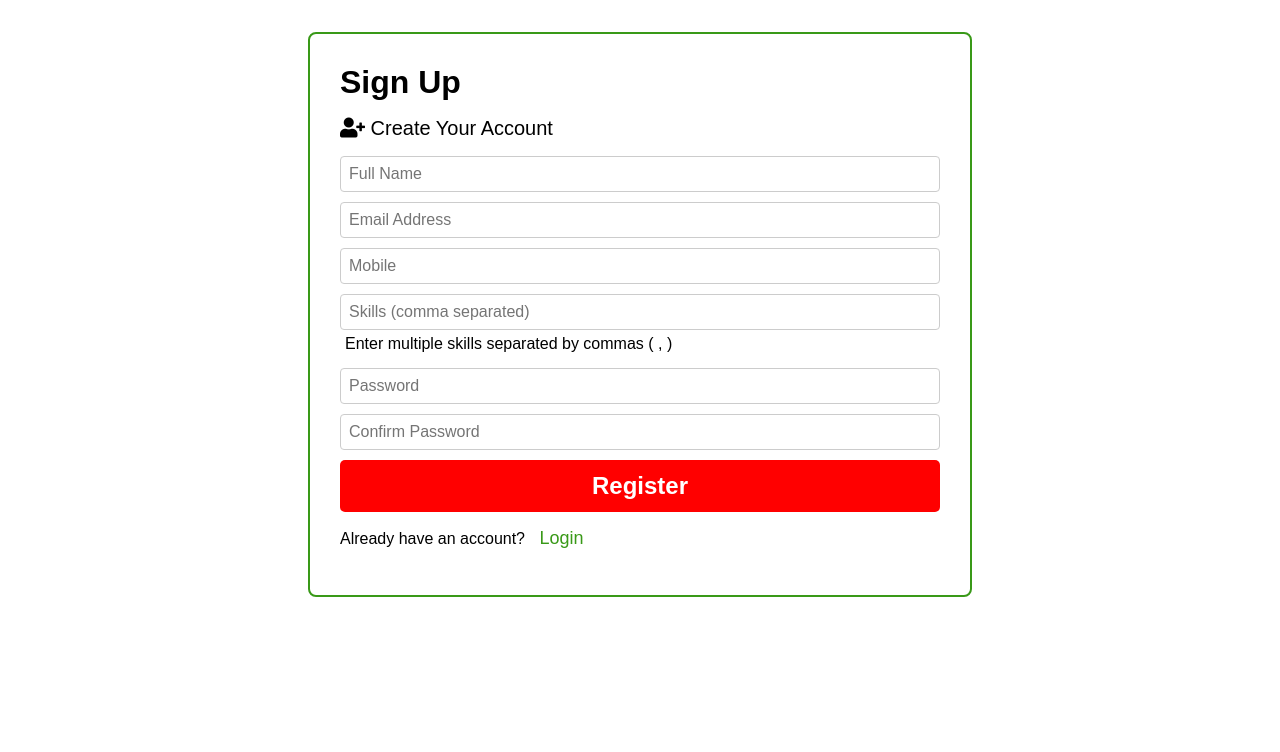
Repository: sayyad-mukthumsa-123/DevMania
Page: /register (app in frontend/)
These files come from the project's save history. The page is drawn as it stood at one moment and after the next save; the edit follows.
The browser window is 1280 px wide. The pictures show the whole page.
The pointer rests on the first visible `.btn`.
The project was rebuilt for these pictures with package versions that can differ from the ones it lists, and the page was loaded fresh each time. Also part of the build but not shown: frontend/src/pages/Home.js, frontend/src/pages/login.js, frontend/src/pages/Allprofiles.js, frontend/src/pages/MyProfile.js, frontend/src/pages/Indprofile.js.

Above is the page before, as saved 2025-03-01 00:04:19.

### frontend/public/index.html
<!-- public/index.html -->
<!DOCTYPE html>
<html lang="en">
<head>
  <meta charset="UTF-8">
  <meta name="viewport" content="width=device-width, initial-scale=1.0">
  <title>Developers Hub</title>
  <link rel="stylesheet" href="https://cdnjs.cloudflare.com/ajax/libs/font-awesome/5.15.3/css/all.min.css">
</head>
<body>
  <div id="root"></div>
</body>
</html>

### frontend/src/App.js
import React from 'react'
import {BrowserRouter,Route,Routes} from 'react-router-dom'
import Home from './pages/Home'
import Login from './pages/login'
import Register from './pages/register'
import Allprofiles from './pages/Allprofiles'
import MyProfile from './pages/MyProfile'
import Indprofile from './pages/Indprofile'

const App = () => {
  return (
    <div>

      <BrowserRouter>
      <Routes>
        <Route path='/' exact Component={Home}/>
        <Route path='/login' exact Component={Login}/>
        <Route path='/register' exact Component={Register}/>
        <Route path='/allprofiles' exact Component={Allprofiles}/>
        <Route path='/myprofile' exact Component={MyProfile}/>
        <Route path='/indprofile/:fullname/:email/:skill/:id' exact Component={Indprofile}/>
      </Routes>
      </BrowserRouter>
    </div>
  )
}

export default App

### frontend/src/pages/register.js
import React, { useState } from 'react';
import { Link, useNavigate } from 'react-router-dom';
import axios from 'axios';
import '../styles/styles.css';

const Register = () => {
    const [formData, setFormData] = useState({
        fullname: '',
        email: '',
        mobile: '',
        skill: '',
        password: '',
        confirmPassword: ''
    });

    const navigate = useNavigate();

    const handleChange = e => {
        setFormData({ ...formData, [e.target.name]: e.target.value });
    };

    const handleSubmit = async e => {
        e.preventDefault();

        if (formData.password !== formData.confirmPassword) {
            alert("Passwords do not match");
            return;
        }

        try {
            const response = await axios.post('http://localhost:5000/register', formData, {
                headers: {
                    'Content-Type': 'application/json',
                }
            });

            if (response.status === 200) {
                console.log('Success:', response.data);
                alert('Registration successful! Please log in.');
                navigate('/login');
            } else {
                console.error('Error:', response.statusText);
            }
        } catch (error) {
            console.error('Error:', error);
        }
    };

    return (
        <div>
            <section className="container">
                <h1 className='large'>Sign Up</h1>
                <p className='lead'><i className="fas fa-user-plus"></i> Create Your Account</p>
                <form className='form' onSubmit={handleSubmit} autoComplete='off'>
                    <div className='form-group'>
                        <input
                            type='text'
                            placeholder='Full Name'
                            name="fullname"
                            value={formData.fullname}
                            onChange={handleChange}
                            required
                        />
                    </div>
                    <div className='form-group'>
                        <input
                            type='email'
                            placeholder='Email Address'
                            name="email"
                            value={formData.email}
                            onChange={handleChange}
                            required
                        />
                    </div>
                    <div className='form-group'>
                        <input
                            type='text'
                            placeholder='Mobile'
                            name="mobile"
                            value={formData.mobile}
                            onChange={handleChange}
                            required
                        />
                    </div>
                    <div className='form-group'>
                        <input
                            type='text'
                            placeholder='Skills (comma separated)'
                            name="skill"
                            value={formData.skill}
                            onChange={handleChange}
                            required
                        />
                        <p className='form-text'>Enter multiple skills separated by commas ( , )</p>
                    </div>
                    <div className='form-group'>
                        <input
                            type='password'
                            placeholder='Password'
                            name="password"
                            value={formData.password}
                            onChange={handleChange}
                            minLength='6'
                            required
                        />
                    </div>
                    <div className='form-group'>
                        <input
                            type='password'
                            placeholder='Confirm Password'
                            name="confirmPassword"
                            value={formData.confirmPassword}
                            onChange={handleChange}
                            minLength='6'
                            required
                        />
                    </div>
                    <input type='submit' className='btn' value="Register" />
                </form>
                <p className="text">
                    Already have an account? <Link to="/login" className='link-auth'>Login</Link>
                </p>
            </section>
        </div>
    );
}

export default Register;

### frontend/src/styles/styles.css
/* General reset */
body, html {
  margin: 0;
  padding: 0;
  font-family: Arial, sans-serif;
  width: 100%;
  min-height: 100vh;

}

/* Navbar styles */
.navbar {
  display: flex;
  justify-content: space-between;
  align-items: center;
  padding: 4px;
  font-size: x-large;
  background-color: #22580f
}

.navbar h1 a {
  color: #ffffff;
  text-decoration: none;
}

.navbar ul {
  list-style: none;
  display: flex;
  margin: 0;
  padding: 10px;
  font-size: larger;
}
.navbar ul li
{
  padding: 10px;
  transition: all 0.3s ease;
}
.navbar ul li:hover
{
  transform: scale(1.2);
}
.navbar ul li {
  margin-left: 1rem;
}

.navbar ul li a {
  color: #ffffff;
  text-decoration: none;
}

/* Landing page styles */
/* .landing {
  height: 100%;
  display: flex;
  align-items: center;
  justify-content: center;
  color: black;
  position: relative;
}

.dark-overlay {
  position: absolute;
  top: 0;
  left: 0;
  right: 0;
  bottom: 0;
}

.landing-inner {
  text-align: center;
  z-index: 2;
  position: relative;
}

.x-large {
  font-size: 4rem;
}

.lead {
  font-size: 1.5rem;
  margin-bottom: 2rem;
  color: black;
}

.buttons .btn ,.btn{
  margin: 3rem 2rem;
  padding: 0.75rem 1.25rem;
  border: none;
  border-radius: 5px;
  cursor: pointer;
  text-decoration: none;
  font-size: x-large;
  background-color:#399918 ;
  color: #ffffff;
}


.btn-auth {
  transition: all 0.3s ease;
}
.btn-auth:hover
{
  transform: scale(1.1);
} */

.landing {
  height: 100vh;
  display: flex;
  align-items: center;
  justify-content: center;
  color: white;
  position: relative;
  background: url('../images/home.png') no-repeat center center/cover;
  text-align: center;
  flex-direction: column;
}

.dark-overlay {
  position: absolute;
  top: 0;
  left: 0;
  right: 0;
  bottom: 0;
  background: rgba(0, 0, 0, 0.6); /* Adds a dark overlay for better text visibility */
  display: flex;
  flex-direction: column;
  justify-content: center;
  align-items: center;
}

.landing-inner {
  text-align: center;
  z-index: 2;
  position: relative;
  padding: 2rem;
  max-width: 800px;
}

.x-large {
  font-size: 4rem;
  font-weight: bold;
}

.lead {
  font-size: 1.5rem;
  margin-bottom: 2rem;
}

.buttons {
  display: flex;
  justify-content: center;
  gap: 1.5rem;
}

.btn, .btn-auth {
  width: auto;
  padding: 0.75rem 1.5rem;
  border: none;
  border-radius: 8px;
  cursor: pointer;
  text-decoration: none;
  font-size: 1.25rem;
  font-weight: bold;
  background-color: #399918;
  color: #ffffff;
  transition: all 0.3s ease;
}

.btn:hover,.btn-auth:hover {
  background-color:red;
  transition: all;
}

/* Ensure Navbar stays at the top */
.navbar {
  position: absolute;
  top: 0;
  left: 0;
  width: 100%;
  z-index: 3;
}


/* Container styles */
.container {
  width: 600px;
  margin: 2rem auto;
  padding: 30px;
  border: 2px solid #399918;
  color: black;
  border-radius: 8px;
  position: relative; /* To ensure proper z-index handling */
  z-index: 1; /* Ensures the container is above any background effects */
}

/* Form styles */
.form {


  display: flex;
  flex-direction: column;
}

.form-group {
  margin-bottom: 1.5rem;
}

.form-text
{
  margin:5px !important;
}
/* .form-group input {
  width: 10%;
  padding: 0.75rem;
  font-size: 1rem;
  border: 1px solid black;
  border-radius: 5px;
  transition: border-color 0.3s ease-in-out, box-shadow 0.3s ease-in-out;
} */

.form-group input:focus {
  border-color: #f6f7f9;
  box-shadow: 0 0 8px rgba(0, 123, 255, 0.3);
  outline: none;
}

.btn {
  display: inline-block;
  padding: 0.75rem 1.5rem;
  border: none;
  border-radius: 5px;
  cursor: pointer;
  text-decoration: none;
  font-size: 1.5rem;
  text-align: center;
}

/* .btn-primary {
  background-color: #007bff;
  color: #ffffff;
}

.btn-primary:hover {
  background-color: #0056b3;
  opacity: 0.9;
} */

/* .text-primary {
  color: #f6f8fb;
} */

.large {
  margin: 0 !important;
  font-size: 2rem;
  margin-bottom: 1rem;
}

.lead {
  font-size: 1.25rem;
  margin-bottom: 1rem;
}

.error {
  color: red;
  margin-top: 1rem;
}

p {
  margin-top: 1rem;
}
.link-auth{
  color:#399918;
  text-decoration: none;
  cursor: pointer;
  padding-left:10px ;
  transition: all 0.3s ease;
  display: inline-block;
  font-size: large;
}
.link-auth:hover
{
  transform: scale(1.3);
}
/* Profiles styles */
.profiles {
  display: flex;
  flex-direction: column;
  gap: 1rem;
}

.profile {
  background-color: #f4f4f4;
  padding: 1rem;
  display: flex;
  align-items: center;
  border: 1px solid #ccc;
  box-shadow: 0 4px 8px rgba(0, 0, 0, 0.1);
  border-radius: 5px;
  margin-bottom: 1rem;
}

.profile .round-img {
  width: 100px;
  border-radius: 50%;
  margin-right: 1rem;
}

.profile-info {
  flex: 1;
}

.profile-info h2 {
  margin: 0 0 0.5rem 0;
}

.profile-info p {
  margin: 0.5rem 0;
}

.profile-info .btn {
  display: inline-block;
  background-color:#399918;
  color: #fff;
  padding: 0.5rem 1rem;
  text-decoration: none;
  border-radius: 0.25rem;
  margin-top: 0.5rem;
  transition: all 0.3s ease;
}

.profile-info .btn:hover {
  transform: scale(1.1);
  background-color:#399918;
}

.profile-skills {
  list-style: none;
  padding: 0;
  display: flex;
  flex-direction: column;
  gap: 0.5rem;
  margin-left: 1rem;
  color: black;
}

.profile-skills li {
  display: flex;
  align-items: center;
  color:greenyellow;
}

.profile-skills li i {
  margin-right: 0.5rem;
}

/* GitHub Section */
.profile-github {
  margin-top: 1rem;
}

.profile-github h2 {
  margin-bottom: 1rem;
}

.repo {
  background: #fff;
  padding: 1rem;
  margin-bottom: 1rem;
  border: 1px solid #ccc;
}

.repo h4 {
  margin: 0.5rem 0;
}

.repo p {
  margin: 0.5rem 0;
}

/* Form */
.form {
  margin-top: 1rem;
}

.form-group {
  margin-bottom: 10px;
}

.form-group input {
  width:97%;
  padding: 0.5rem;
  border: 1px solid #ccc;
  border-radius: 0.25rem;
  font-size: 1rem;
}

.form-group input:focus {
  border-color: #007bff;
  outline: none;
}

/* .btn-primary {
  background: #007bff;
  color: #fff;
  border: none;
  padding: 0.5rem 1rem;
  cursor: pointer;
}

.btn-primary:hover {
  background: #0056b3;
} */

/* Profile Grid */
.profile-grid {
  display: grid;
  grid-template-columns: 1fr;
  grid-gap: 1rem;
  margin-top: 1rem;
}

.profile-top {
  background: #0a0a0a;
  color: #fff;
  padding: 1rem;
  text-align: center;
}

.profile-top img {
  width: 150px;
  border-radius: 50%;
}

.profile-top h1 {
  margin: 0.5rem 0;
}

.profile-top p {
  margin: 0.5rem 0;
}
a{
  color:aqua
}
 .white-text {
  color: black;
}
 .skill-text {
  /* background-color: #5e585c16;  */
  color: #c51414;
  padding: 10px 15px;
  border-radius: 5px;
  display: flex;
  align-items: center;
  font-size: 16px;
  margin-top: 2px;
  /* box-shadow: 0 2px 4px rgba(0, 0, 0, 0.1);  */
}


.skill-text i {
  color: #28a745;
  margin-right: 30px;
}
.taskprovider
{
  color:#28a745;
  text-decoration: none;
  font-size: xx-large;
}

Loaded but not shown: frontend/src/index.js (common file); frontend/src/index.css (common file); frontend/src/reportWebVitals.js (common file)

After the next save:
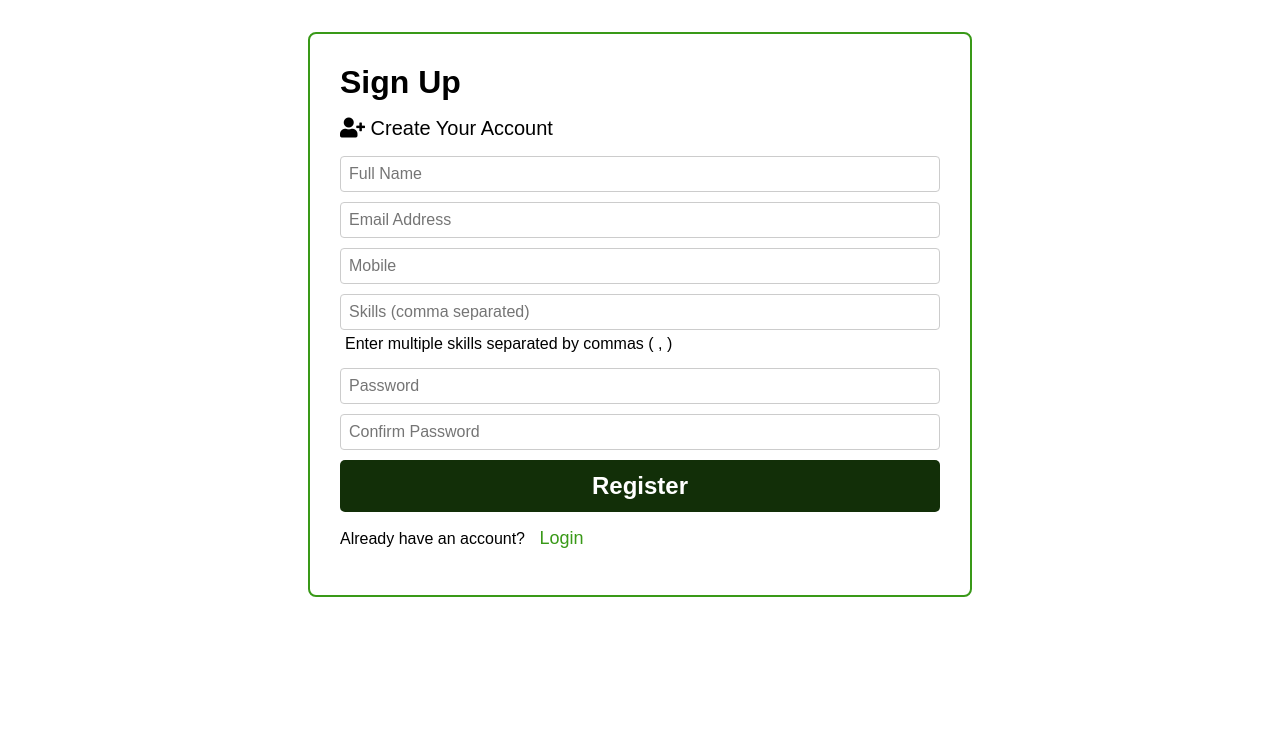
Saved 14 s later.
--- a/frontend/src/styles/styles.css
+++ b/frontend/src/styles/styles.css
@@ -167,7 +167,7 @@ body, html {
 }
 
 .btn:hover,.btn-auth:hover {
-  background-color:red;
+  background-color:#122f08;
   transition: all;
 }
 
